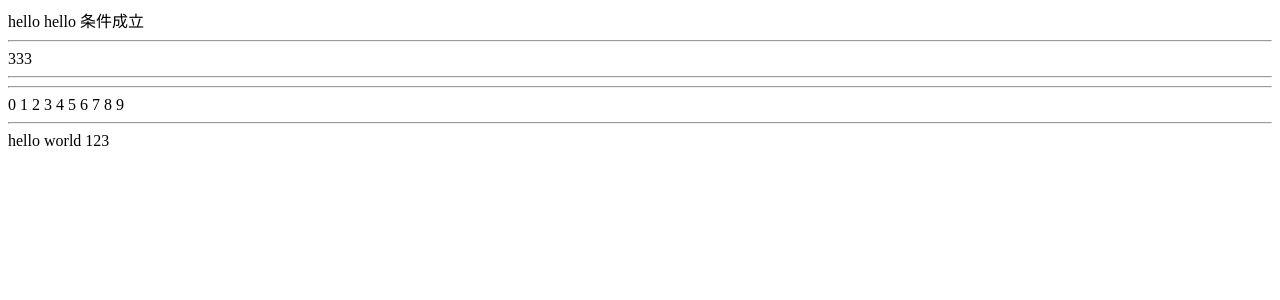
Repository: debug404/all
Page: http://localhost/MyFirstJsp/JSTL/02_JSTLdemo1.jsp
An editor plug-in stored every save of this project. The page is shown before and after the next save, followed by the edit.
The browser window is 1280 px wide. The pictures show the whole page.
The page is served by Tomcat 9. Other server files are loaded and not shown. The template is opened directly, without the code that normally fills it, so the values that code supplies are empty.

Above is the page before, as saved 2015-11-22 04:42:56.

### MyFirstJsp/WebContent/JSTL/02_JSTLdemo1.jsp
<%@page import="java.util.ArrayList"%>
<%@ page language="java" contentType="text/html; charset=UTF-8"
	pageEncoding="UTF-8"%>
<%@taglib uri="http://java.sun.com/jsp/jstl/core" prefix="c"%>
<!DOCTYPE html PUBLIC "-//W3C//DTD HTML 4.01 Transitional//EN" "http://www.w3.org/TR/html4/loose.dtd">
<html>
<head>
<meta http-equiv="Content-Type" content="text/html; charset=UTF-8">
<title>Insert title here</title>
</head>
<body>

	<%--set保存数据到域中, 默认是page域 --%>
	<c:set var="name" value="hello" scope="request"></c:set>
	${requestScope.name}

	<%--
	default:当value值为null时,使用默认值
	escapeXml:是否对value值进行转义,false不转义,true转义

	 --%>
	<c:out value="${requestScope.name}" default="123"></c:out>


	<%--if-单条件判断
		empty 判断是否为空
	 --%>
	<c:if test="${10>5 }">
	条件成立
	</c:if>
	<hr />
	<%--多条件判断 --%>
	<c:choose>
		<c:when test="${1==4 }">1</c:when>
		<c:when test="${1==2 }">3</c:when>
		<c:when test="${1==33 }">5</c:when>
		<c:otherwise>333</c:otherwise>
	</c:choose>

	<%
		String strArr[] = new String[10];
		ArrayList<String> arr = new ArrayList<String>();
		for (int i = 0; i < 10; i++) {
			arr.add(i + "");
			strArr[i] = "" + i;
		}
		pageContext.setAttribute("strArr", strArr);
	%>
	<hr />
	<%--循环遍历
	begin="0":开始位置 默认0开始
	end="10":结束位置 默认到最后一个
	step="":步长	默认1
	items="":需要遍历的数据(集合)
	 var="":每个元素的名称
	 varStatus=""当前正在遍历元素的状态

	--%>
	<c:forEach items="${arr }" var="ss" varStatus="varStr">
	${ss}

	</c:forEach>
	<hr />
	<c:forEach items="${strArr }" var="s" varStatus="varStr">
	${s}

	</c:forEach>
	<hr />
	<%
		String arrs = "hello-world-123";
		pageContext.setAttribute("arrs", arrs);
	%>
	<c:forTokens items="${arrs }" delims="-" var="s">

		${s }
	</c:forTokens>


	<%--



	<c:forTokens items="" delims=""></c:forTokens>
	<c:redirect></c:redirect> --%>




</body>
</html>

After the next save:
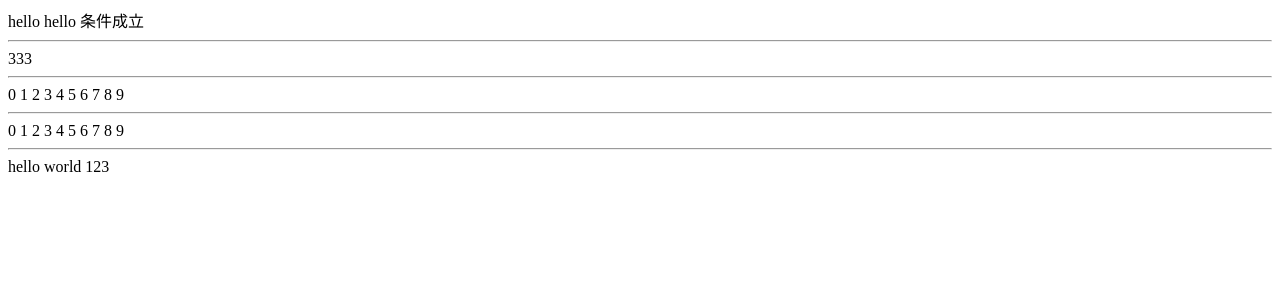
Saved 38 s later.
--- a/MyFirstJsp/WebContent/JSTL/02_JSTLdemo1.jsp
+++ b/MyFirstJsp/WebContent/JSTL/02_JSTLdemo1.jsp
@@ -44,6 +44,7 @@
 			arr.add(i + "");
 			strArr[i] = "" + i;
 		}
+		pageContext.setAttribute("arr", arr);
 		pageContext.setAttribute("strArr", strArr);
 	%>
 	<hr />
